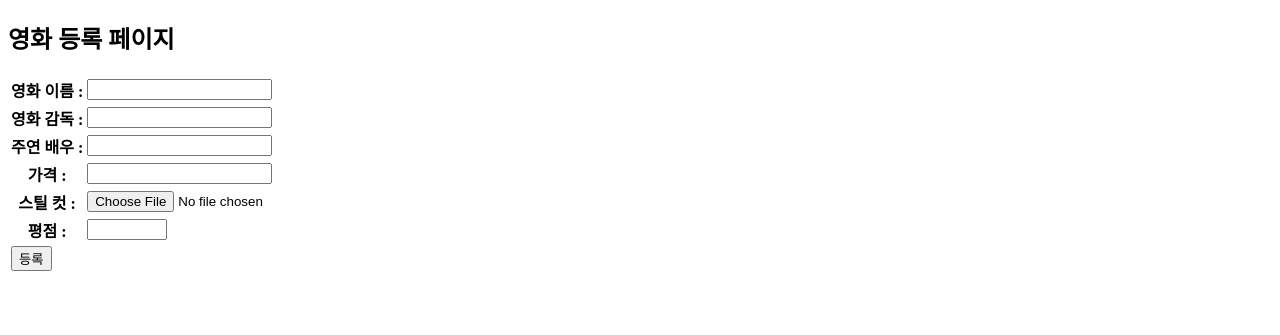
Repository: shinymusket/ideal-memory2
Page: http://localhost/homework10/MR
These files come from the project's save history. The page is drawn as it stood at one moment and after the next save; the edit follows.
The browser window is 1280 px wide. The pictures show the whole page.
The page is served by Tomcat 9.

Above is the page before, as saved 2022-06-16 08:57:32.

After the next save:
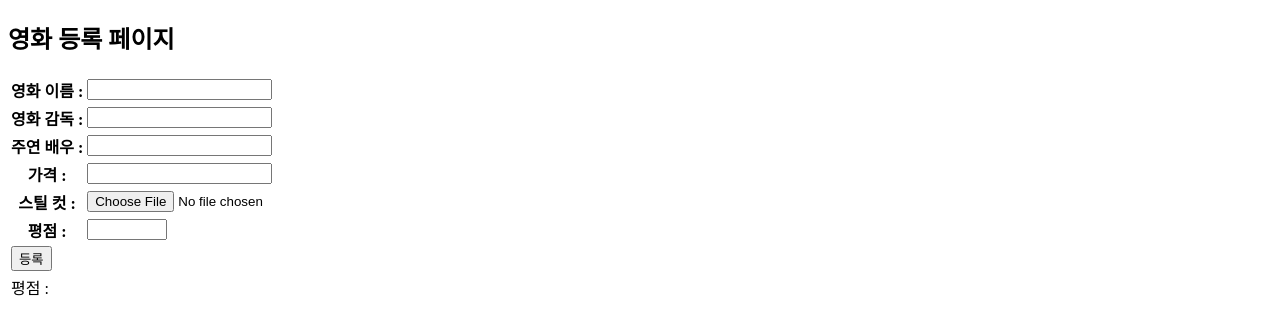
Saved 12 s later.
--- a/homework10/WebContent/movieRegister.jsp
+++ b/homework10/WebContent/movieRegister.jsp
@@ -68,7 +68,7 @@
 		<form action="UploadServlet" method="post "enctype="multipart/form-data">
 			<tr>
 				<td>
-
+					<label for="grade">평점 :</label>
 				</td>
 				<td>
 				</td>
